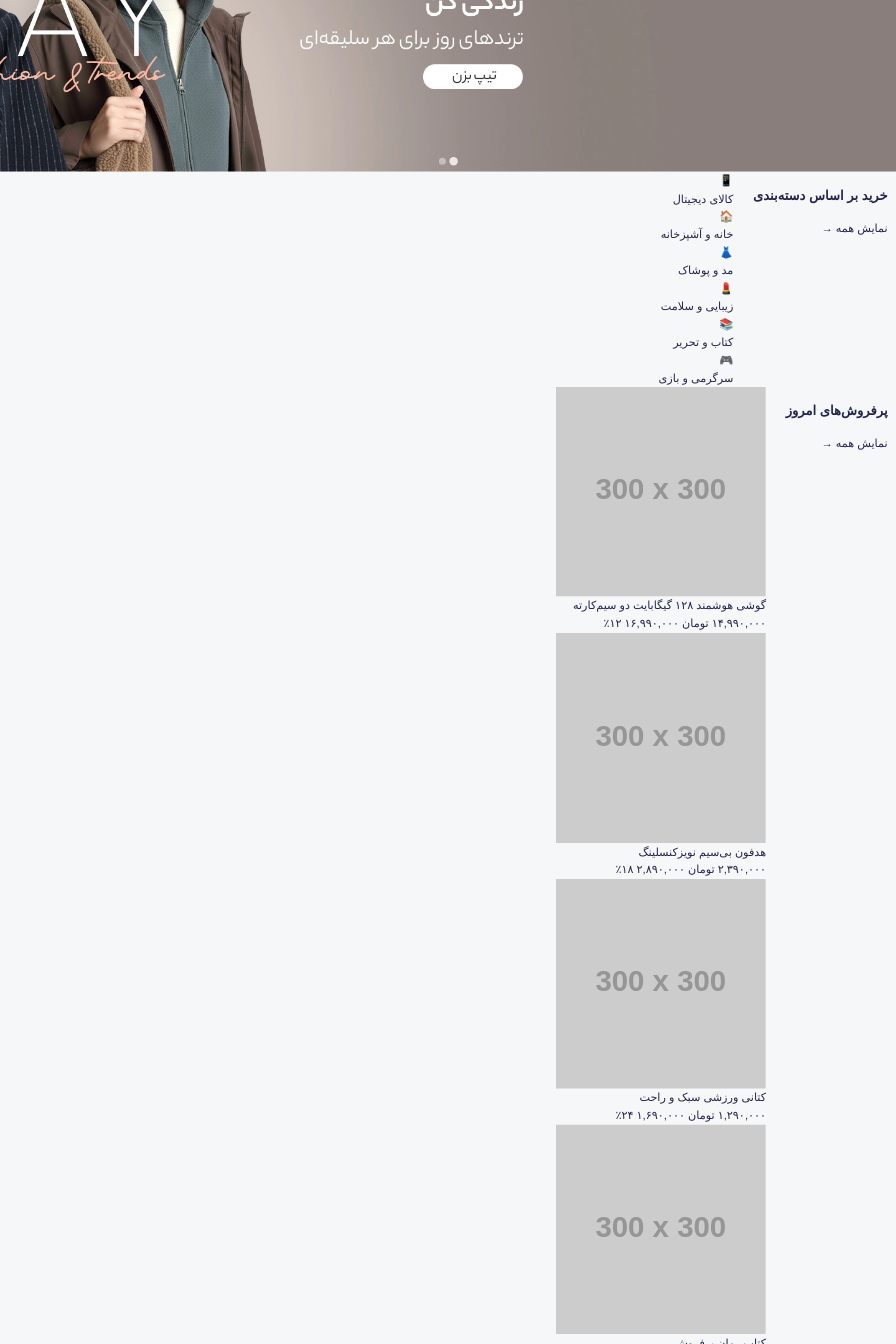
Repository: sarinaminiii-eng/digikala
Page: index.html
These files come from the project's save history. The page is drawn as it stood at one moment and after the next save; the edit follows.
The browser window is 1280 px wide. The pictures show the part of the page from y = 395 to 2315 px (the page is 4131 px tall before and 4471 px after), at 70% of full size.
Some web fonts or font styles are not loaded; a fallback is used.

Above is the page before, as saved 2025-10-13 13:50:00.

### index.html
<!DOCTYPE html>
<html lang="fa" dir="rtl">
  <head>
    <meta charset="utf-8" />
    <meta name="viewport" content="width=device-width, initial-scale=1" />
    <title>دیجی‌کالا — نمونه صفحه خانگی</title>


    <!-- Persian font (needs internet). You can swap or remove if offline -->
    <link rel="preconnect" href="https://fonts.googleapis.com" />
    <link rel="preconnect" href="https://fonts.gstatic.com" crossorigin />
    <link href="https://fonts.googleapis.com/css2?family=Vazirmatn:wght@300;400;600;700&display=swap" rel="stylesheet" />

    <!-- Link to external CSS -->
    <link rel="stylesheet" href="css/main.css" />
  </head>

  <body>

    <!-- ===== Topbar ===== -->/


<div class="topbar">
    <div class="top-left"><img src="image/863dbf4e7a39cdeeab352fc9346f81ecf23beecc_1760192069.webp" alt=""></div>۷</div>
  </div>
</div>

<!-- ===== Site Header ===== -->
<header class="site-header" role="banner">
  <div class="container header-inner">
    <!-- Logo -->
    <a class="logo" href="/" aria-label="خانه">
      <img src="image/digikala logo-e-h.png" alt="لوگو" />
    </a>

    <!-- Search -->
    <div class="search-area" role="search">
      <form class="search-form" action="#" method="get" aria-label="جستجو">
        <input id="siteSearch" name="q" type="search" placeholder="جست‌وجوی محصول، برند و دسته..." autocomplete="off" />
        <button type="submit" aria-label="جستجو">🔎</button>
      </form>
      <div id="searchHints" class="search-hints" aria-hidden="true"></div>
    </div>

    <!-- Header actions -->
    <div class="header-actions">
      <!-- city selector wrapped around login so both icon + login available -->
<div class="city-selector">
  <a href="#" class="action-btn">وارد شوید</a>
  <!-- optional small label (you can remove .city-label if you don't want text) -->
  <span class="city-label">شهر خود را انتخاب کنید</span>

  <!-- dropdown shown on hover -->
  <div class="city-dropdown" aria-hidden="true">
    <a href="#">تهران</a>
    <a href="#">مشهد</a>
    <a href="#">اصفهان</a>
    <a href="#">مشاهده همه شهرها</a>
  </div>
</div>
      <a href="#" class="action-btn">سفارش‌ها</a>
      <button class="action-btn cart-btn" aria-label="سبد خرید">
        🛒 <span class="cart-count">۰</span>
      </button>
    </div>
  </div>

  <!-- ===== Navigation (desktop) ===== -->
  <nav class="nav" role="navigation" aria-label="منوی اصلی">
    <div class="container nav-wrap">
      <ul class="nav-list">
        <li class="nav-item has-mega">
          <a class="nav-link" href="#">دسته‌بندی کالاها</a>

          <!-- MEGA MENU (must be inside the .has-mega li) -->
         <!-- MEGA MENU (inside li.has-mega) -->

<!-- REPLACE inside your li.has-mega -->
<div class="mega-menu" role="menu" aria-hidden="true">
  <div class="mega-inner">
    <div class="mega-panel">
      <!-- RIGHT SIDEBAR: category list (narrow, vertical) -->
      <nav class="mega-sidebar" aria-label="دسته‌های اصلی">
        <ul>
          <li class="ms-title">موبایل و تلویزیون</li>
          <li><a href="#">موبایل</a></li>
          <li><a href="#">لوازم جانبی موبایل</a></li>
          <li><a href="#">گوشی‌های اقتصادی</a></li>
          <li class="ms-title">کالای دیجیتال</li>
          <li><a href="#">لپ‌تاپ</a></li>
          <li><a href="#">دوربین</a></li>
          <li><a href="#">هدفون</a></li>
          <li class="ms-title">خانه و آشپزخانه</li>
          <li><a href="#">لوازم برقی</a></li>
          <li><a href="#">آشپزخانه</a></li>
          <li><a href="#">دکوراسیون</a></li>
          <!-- ... ادامه دسته‌ها مطابق نیازت ... -->
        </ul>
      </nav>

      <!-- LEFT CONTENT: wide area with multiple columns / groups -->
      <div class="mega-content" role="region" aria-label="زیردسته‌ها">
        <div class="mega-row">
          <div class="mega-column">
            <h4>گوشی بر اساس قیمت</h4>
            <a href="#">گوشی تا ۳ میلیون</a>
            <a href="#">۳ تا ۷ میلیون</a>
            <a href="#">۷ تا ۱۵ میلیون</a>
            <a href="#">۱۵ تا 30 میلیون</a>
            <a href="#">30 تا 40 میلیون</a>
            <a href="#">40 تا 50 میلیون</a>
            <a href="#">پرفروش‌ترین</a>
          </div>

          <div class="mega-column">
            <h4>لوازم جانبی</h4>
            <a href="#">شارژر و کابل</a>
            <a href="#">کیف و کاور</a>
            <a href="#">پاوربانک</a>
            <a href="#">گلس و محافظ</a>
            <a href="#">هدفون و هدست</a>
          </div>

          <div class="mega-column">
            <h4>برندها</h4>
            <a href="#">سامسونگ</a>
            <a href="#">اپل</a>
            <a href="#">شیائومی</a>
            <a href="#">هوآوی</a>
            <a href="#">نوکیا</a>
          </div>

          <div class="mega-column">
            <h4>خدمات و پیشنهادها</h4>
            <a href="#">پیشنهاد شگفت‌انگیز</a>
            <a href="#">ارسال فوری</a>
            <a href="#">گارانتی و خدمات</a>
            <a href="#">فروش ویژه</a>
            <a href="#">محصولات نو</a>
          </div>
        </div>
      </div>
    </div> <!-- /.mega-panel -->
  </div> <!-- /.mega-inner -->
</div>
<!-- /REPLACE -->

        </li>

        <li class="nav-item"><a class="nav-link" href="#">شگفت انگیزها</a></li>
        <li class="nav-item"><a class="nav-link" href="#">سوپرمارکت</a></li>
        <li class="nav-item"><a class="nav-link" href="#">طلای دیجیتال</a></li>
        <li class="nav-item"><a class="nav-link" href="#"> پرفروش ترین ها</a></li>
        <li class="nav-item"><a class="nav-link" href="#">سوالی دارید؟ </a></li>
        <li class="nav-item"><a class="nav-link" href="#">در دیجی کالا بفروشید</a></li>
      </ul>
    </div>
  </nav>
</header>
<!--SLIDER-->
<link href="https://cdn.jsdelivr.net/gh/rastikerdar/vazir-font@v30.1.0/dist/font-face.css" rel="stylesheet" type="text/css" />

<div class="slider">
  <!-- کنترل اسلایدها (کاملاً hidden) -->
  <input type="radio" name="slider-control" id="slide1" checked hidden>
  <input type="radio" name="slider-control" id="slide2" hidden>

  <!-- اسلایدها -->
  <div class="slides">
    <div class="slide slide1">
      <img src="image/eae6148a14ebdb4d0227f9906c1500ec34b0b5f3_1759739351.webp" alt="Slide 1">
      <div class="slide-text">
        <h2>پیشنهاد ویژه امروز</h2>
        <p>تخفیف 50٪ روی محصولات منتخب!</p>
      </div>
    </div>
    <div class="slide slide2">
      <img src="image/99e11cf0ee340ea1df5efb0364915317759b5a74_1754149753.gif" alt="Slide 2">
      <div class="slide-text">
        <h2>جدیدترین محصولات</h2>
        <p>تازه‌ترین کالاها با بهترین قیمت‌ها</p>
      </div>
    </div>
  </div>

  <!-- نقاط ناوبری کوچک -->
  <div class="navigation-manual">
    <label for="slide1" class="manual-btn"></label>
    <label for="slide2" class="manual-btn"></label>
  </div>
</div>

<!--AMAZING OFFERS-->



</section>


    <!-- ===== Categories ===== -->
    <section class="section">
      <div class="container">
        <div class="section-title">
          <h3>خرید بر اساس دسته‌بندی</h3>
          <a href="#">نمایش همه →</a>
        </div>
        <div class="cat-grid">
          <div class="cat-card"><div class="cat-icon">📱</div><div>کالای دیجیتال</div></div>
          <div class="cat-card"><div class="cat-icon">🏠</div><div>خانه و آشپزخانه</div></div>
          <div class="cat-card"><div class="cat-icon">👗</div><div>مد و پوشاک</div></div>
          <div class="cat-card"><div class="cat-icon">💄</div><div>زیبایی و سلامت</div></div>
          <div class="cat-card"><div class="cat-icon">📚</div><div>کتاب و تحریر</div></div>
          <div class="cat-card"><div class="cat-icon">🎮</div><div>سرگرمی و بازی</div></div>
        </div>
      </div>
    </section>

    <!-- ===== Product grid ===== -->
    <section class="section">
      <div class="container">
        <div class="section-title">
          <h3>پرفروش‌های امروز</h3>
          <a href="#">نمایش همه →</a>
        </div>
        <div class="grid">
          <!-- Card 1 -->
          <article class="card">
            <div class="thumb">
              <img src="https://via.placeholder.com/300x300?text=Product" alt="گوشی هوشمند" />
            </div>
            <div class="info">
              <div class="title">گوشی هوشمند ۱۲۸ گیگابایت دو سیم‌کارته</div>
              <div class="price">
                <span class="current">۱۴,۹۹۰,۰۰۰ تومان</span>
                <span class="off">۱۶,۹۹۰,۰۰۰</span>
                <span class="discount">۱۲٪</span>
              </div>
            </div>
          </article>

          <!-- Card 2 -->
          <article class="card">
            <div class="thumb">
              <img src="https://via.placeholder.com/300x300?text=Product" alt="هدفون بی‌سیم" />
            </div>
            <div class="info">
              <div class="title">هدفون بی‌سیم نویزکنسلینگ</div>
              <div class="price">
                <span class="current">۲,۳۹۰,۰۰۰ تومان</span>
                <span class="off">۲,۸۹۰,۰۰۰</span>
                <span class="discount">۱۸٪</span>
              </div>
            </div>
          </article>

          <!-- Card 3 -->
          <article class="card">
            <div class="thumb">
              <img src="https://via.placeholder.com/300x300?text=Product" alt="کتانی ورزشی" />
            </div>
            <div class="info">
              <div class="title">کتانی ورزشی سبک و راحت</div>
              <div class="price">
                <span class="current">۱,۲۹۰,۰۰۰ تومان</span>
                <span class="off">۱,۶۹۰,۰۰۰</span>
                <span class="discount">۲۴٪</span>
              </div>
            </div>
          </article>

          <!-- Card 4 -->
          <article class="card">
            <div class="thumb">
              <img src="https://via.placeholder.com/300x300?text=Product" alt="کتاب" />
            </div>
            <div class="info">
              <div class="title">کتاب رمان پرفروش</div>
              <div class="price">
                <span class="current">۲۴۹,۰۰۰ تومان</span>
                <span class="off">۳۲۰,۰۰۰</span>
                <span class="discount">۲۲٪</span>
              </div>
            </div>
          </article>

          <!-- Card 5 -->
          <article class="card">
            <div class="thumb">
              <img src="https://via.placeholder.com/300x300?text=Product" alt="مخلوط‌کن" />
            </div>
            <div class="info">
              <div class="title">مخلوط‌کن حرفه‌ای ۱۰۰۰ وات</div>
              <div class="price">
                <span class="current">۱,۸۹۰,۰۰۰ تومان</span>
                <span class="off">۲,۳۹۰,۰۰۰</span>
                <span class="discount">۲۱٪</span>
              </div>
            </div>
          </article>
        </div>
      </div>
    </section>

  <!--might delete after-->
   <section class="categories">
  <h2>دسته‌بندی‌های پیشنهادی</h2>
  <div class="categories-grid">
    <div class="category-card">
      <img src="https://cdn-icons-png.flaticon.com/512/3081/3081559.png" alt="کالای دیجیتال" />
      <span>کالای دیجیتال</span>
    </div>
    <div class="category-card">
      <img src="https://cdn-icons-png.flaticon.com/512/892/892458.png" alt="مد و پوشاک" />
      <span>مد و پوشاک</span>
    </div>
    <div class="category-card">
      <img src="https://cdn-icons-png.flaticon.com/512/2922/2922561.png" alt="زیبایی و سلامت" />
      <span>زیبایی و سلامت</span>
    </div>
    <div class="category-card">
      <img src="https://cdn-icons-png.flaticon.com/512/3643/3643910.png" alt="خانه و آشپزخانه" />
      <span>خانه و آشپزخانه</span>
    </div>
    <div class="category-card">
      <img src="https://cdn-icons-png.flaticon.com/512/3076/3076400.png" alt="ورزش و سفر" />
      <span>ورزش و سفر</span>
    </div>
    <div class="category-card">
      <img src="https://cdn-icons-png.flaticon.com/512/29/29302.png" alt="کتاب و لوازم تحریر" />
      <span>کتاب و لوازم تحریر</span>
    </div>
  </div>
</section>

<!--PRODUCTS-->

<section class="products">
  <div class="section-header">
    <h2>محصولات پیشنهادی</h2>
    <a href="#" class="see-all">مشاهده همه →</a>
  </div>
  <div class="products-grid">
    <div class="product-card">
      <img src="image/214714a4c7baea4b502d7efd9e71d8c596fca539_1758443046.webp" alt="Product 1">
      <h3>گوشی موبایل</h3>
      <p>قیمت: 12,000,000 تومان</p>
    </div>

    <div class="product-card">
      <img src="image/aaa06a48637133fa0a3f7be576f1a77502729d6a_1754241452.webp" alt="Product 2">
      <h3>لپ‌تاپ</h3>
      <p>قیمت: 25,000,000 تومان</p>
    </div>

    <div class="product-card">
      <img src="image/234d4e363b91255ab37167e24ca6fbafa7a87a0f_1757800747.webp" alt="Product 3">
      <h3>ساعت هوشمند</h3>
      <p>قیمت: 3,500,000 تومان</p>
    </div>

    <div class="product-card">
      <img src="image/b133134cfa1f1a01c046c0b1089a1a9d0d73f612_1728807674.webp" alt="Product 4">
      <h3>هدفون بلوتوث</h3>
      <p>قیمت: 1,200,000 تومان</p>
    </div>

    <div class="product-card">
      <img src="image/119490018.webp" alt="Product 5">
      <h3>کتاب</h3>
      <p>قیمت: 250,000 تومان</p>
    </div>

    <div class="product-card">
      <img src="image/ab342aa8b7e655c9cb84d357534d3debe09e2834_1739890118.webp" alt="Product 6">
      <h3>کیف زنانه</h3>
      <p>قیمت: 850,000 تومان</p>
    </div>

    <div class="product-card">
      <img src="image/0fe78cca5a8a215efed395318c0332c01818644e_1719853592.webp" alt="Product 7">
      <h3>کفش ورزشی</h3>
      <p>قیمت: 1,500,000 تومان</p>
    </div>

    <div class="product-card">
      <img src="image/36ae27130a19d0c6836d284d0f92d06653758e68_1619368860.webp" alt="Product 8">
      <h3>اسباب‌بازی</h3>
      <p>قیمت: 300,000 تومان</p>
    </div>

    <div class="product-card">
      <img src="image/a081d6d968544e9649a39cf4cb691d8baaa38d80_1754238821.webp" alt="Product 9">
      <h3>ساعت مچی</h3>
      <p>قیمت: 10,500,000 تومان</p>
    </div>

    <div class="product-card">
      <img src="image/430e886e05b9479b9e6e4898d5c0c212da15f058_1741959880.webp" alt="Product 10">
      <h3> عطر جیبی زنانه لانکوم</h3>
      <p>قیمت: 8,500,000 تومان</p>
    </div>
  </div>
</section>


    <!-- ===== Footer ===== -->
   <!-- ====== Footer حرفه‌ای شبیه دیجی‌کالا ====== -->
<link href="https://cdn.jsdelivr.net/gh/rastikerdar/vazir-font@v30.1.0/dist/font-face.css" rel="stylesheet" type="text/css" />

<footer class="dk-footer" role="contentinfo">
  <div class="dk-footer-top">
    <div class="container">

      <div class="col col-about">
        <a class="logo" href="#" aria-label="Digikala"><img src="image/digikala logo-e-h.png" alt="لوگو" /></a>
        <p class="about-text">فروشگاهی برای خرید امن، سریع و مطمئن با بیش از هزاران کالای متنوع.</p>

        <div class="social-inline" aria-hidden="false">
          <a href="#" class="s" aria-label="Instagram"><img src="image/download.jpeg" alt="اینستاگرام" /></a>
          <a href="#" class="s" aria-label="Telegram"><img src="image/download (1).jpeg" alt="تلگرام" /></a>
          <a href="#" class="s" aria-label="Twitter"><img src="image/download (1).png" alt="توییتر" /></a>
        </div>
      </div>

      <div class="col">
        <h4>خدمات مشتریان</h4>
        <ul>
          <li><a href="#">پشتیبانی</a></li>
          <li><a href="#">پیگیری سفارش</a></li>
          <li><a href="#">راهنمای خرید</a></li>
          <li><a href="#">مرجوعی کالا</a></li>
        </ul>
      </div>

      <div class="col">
        <h4>درباره ما</h4>
        <ul>
          <li><a href="#">درباره دیجی‌کالا</a></li>
          <li><a href="#">فرصت‌های شغلی</a></li>
          <li><a href="#">همکاری با ما</a></li>
          <li><a href="#">قوانین و حریم خصوصی</a></li>
        </ul>
      </div>

      <div class="col">
        <h4>اپلیکیشن دیجی‌کالا</h4>
        <p class="small">دانلود اپلیکیشن برای تجربه بهتر و پیشنهادهای اختصاصی</p>
        <div class="app-badges">
          <a href="#"><img src="image/sib-app.svg"alt="دانلود از مایکت"></a>
          <a href="#"><img src="image/myket.svg"alt=" دانلود از سیب اپ"></a>
        </div>
      </div>

      <div class="col col-trust">
        <h4>روش‌های پرداخت و نمادها</h4>
        <div class="payments">
          <!-- آیکون‌های پرداخت و نمادها -->
          <img src="image/sapra.webp" alt="درگاه بانکی" />
          <img src="image/rezi.webp" alt="سامانه" />
          <img src="image/kasbokar.webp" alt="نماد اعتماد" />
        </div>
        <p class="contact">تلفن پشتیبانی: <a href="tel:+982100000000">۰۲۱-۰۰۰۰۰۰۰۰</a></p>
      </div>



 <div class="app-banner">
  <div class="container banner-inner">
    <!-- آیکون‌های اپلیکیشن سمت چپ -->
    <div class="app-icons">
      <a href="#"><img src="image/myket.svg" alt="مایکت"></a>
      <a href="#"><img src="image/sib-app.svg" alt="سیب اپ"></a>
    </div>

    <!-- متن سمت راست -->
    <div class="app-text">
      دانلود اپلیکیشن دیجی‌کالا
    </div>
  </div>
</div>


  </body>
</html>

Loaded but not shown: css/main.css (1172 lines, source omitted)

After the next save:
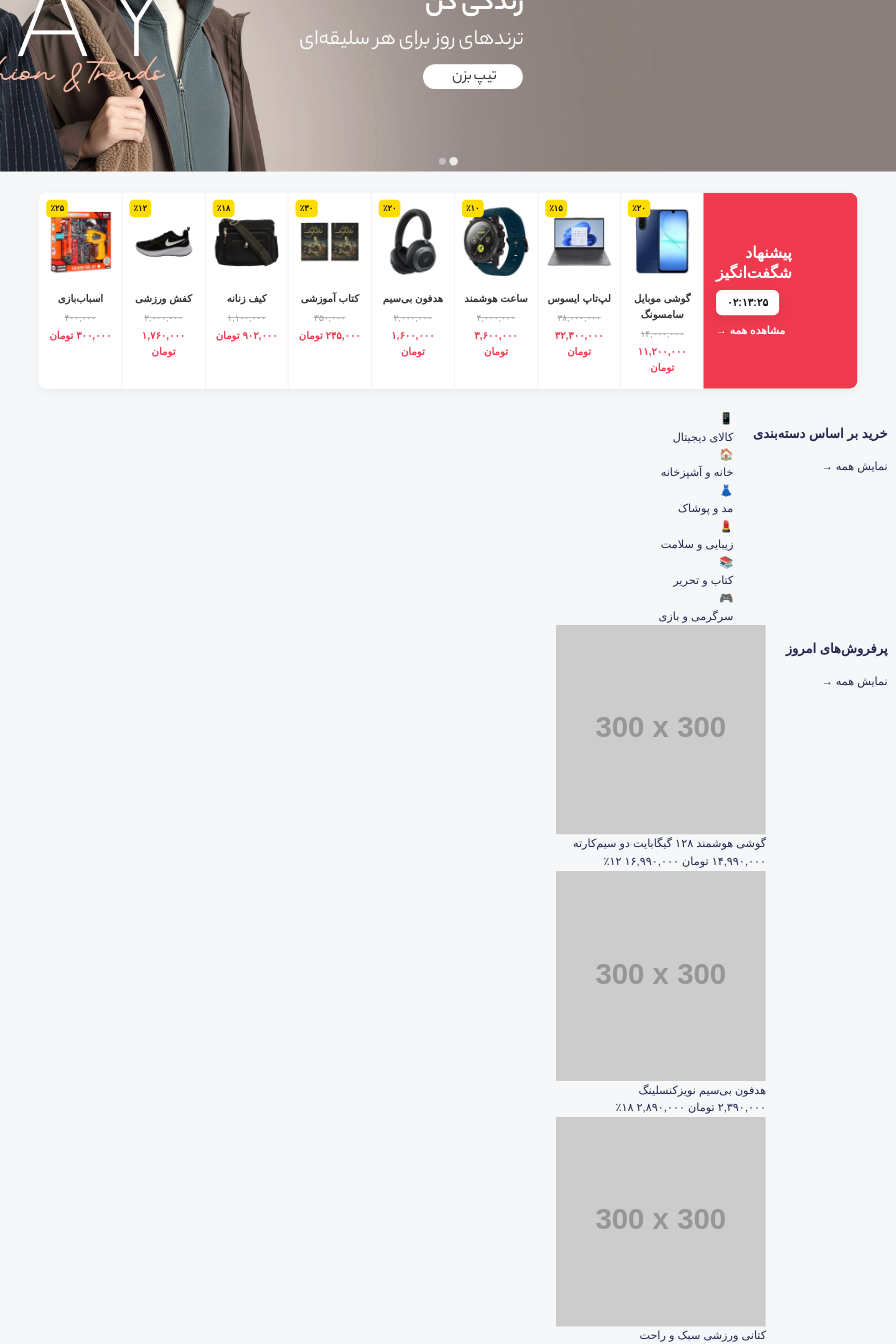
Saved 23 s later.
--- a/index.html
+++ b/index.html
@@ -191,6 +191,102 @@
 </div>
 
 <!--AMAZING OFFERS-->
+<!-- پیشنهاد شگفت‌انگیز افقی -->
+<section class="amazing-horizontal">
+  <div class="amazing-inner">
+
+    <!-- باکس قرمز سمت راست -->
+    <div class="amazing-sidebar">
+      <h2>پیشنهاد<br>شگفت‌انگیز</h2>
+      <div class="timer">۰۲:۱۳:۲۵</div>
+      <a href="#" class="see-all">مشاهده همه →</a>
+    </div>
+
+    <!-- محصولات سمت چپ -->
+    <div class="amazing-products">
+      <div class="amazing-card">
+        <img src="image/214714a4c7baea4b502d7efd9e71d8c596fca539_1758443046.webp" alt="گوشی موبایل">
+        <h3>گوشی موبایل سامسونگ</h3>
+        <div class="price">
+          <span class="old">۱۴,۰۰۰,۰۰۰</span>
+          <span class="new">۱۱,۲۰۰,۰۰۰ تومان</span>
+          <span class="off">٪۲۰</span>
+        </div>
+      </div>
+
+      <div class="amazing-card">
+        <img src="image/aaa06a48637133fa0a3f7be576f1a77502729d6a_1754241452.webp" alt="لپ‌تاپ">
+        <h3>لپ‌تاپ ایسوس</h3>
+        <div class="price">
+          <span class="old">۳۸,۰۰۰,۰۰۰</span>
+          <span class="new">۳۲,۳۰۰,۰۰۰ تومان</span>
+          <span class="off">٪۱۵</span>
+        </div>
+      </div>
+
+      <div class="amazing-card">
+        <img src="image/234d4e363b91255ab37167e24ca6fbafa7a87a0f_1757800747.webp" alt="ساعت هوشمند">
+        <h3>ساعت هوشمند</h3>
+        <div class="price">
+          <span class="old">۴,۰۰۰,۰۰۰</span>
+          <span class="new">۳,۶۰۰,۰۰۰ تومان</span>
+          <span class="off">٪۱۰</span>
+        </div>
+      </div>
+
+      <div class="amazing-card">
+        <img src="image/b133134cfa1f1a01c046c0b1089a1a9d0d73f612_1728807674.webp" alt="هدفون">
+        <h3>هدفون بی‌سیم</h3>
+        <div class="price">
+          <span class="old">۲,۰۰۰,۰۰۰</span>
+          <span class="new">۱,۶۰۰,۰۰۰ تومان</span>
+          <span class="off">٪۲۰</span>
+        </div>
+      </div>
+
+      <div class="amazing-card">
+        <img src="image/119490018.webp" alt="کتاب">
+        <h3>کتاب آموزشی</h3>
+        <div class="price">
+          <span class="old">۳۵۰,۰۰۰</span>
+          <span class="new">۲۴۵,۰۰۰ تومان</span>
+          <span class="off">٪۳۰</span>
+        </div>
+      </div>
+
+      <div class="amazing-card">
+        <img src="image/ab342aa8b7e655c9cb84d357534d3debe09e2834_1739890118.webp" alt="کیف زنانه">
+        <h3>کیف زنانه</h3>
+        <div class="price">
+          <span class="old">۱,۱۰۰,۰۰۰</span>
+          <span class="new">۹۰۲,۰۰۰ تومان</span>
+          <span class="off">٪۱۸</span>
+        </div>
+      </div>
+
+      <div class="amazing-card">
+        <img src="image/0fe78cca5a8a215efed395318c0332c01818644e_1719853592.webp" alt="کفش">
+        <h3>کفش ورزشی</h3>
+        <div class="price">
+          <span class="old">۲,۰۰۰,۰۰۰</span>
+          <span class="new">۱,۷۶۰,۰۰۰ تومان</span>
+          <span class="off">٪۱۲</span>
+        </div>
+      </div>
+
+      <div class="amazing-card">
+        <img src="image/36ae27130a19d0c6836d284d0f92d06653758e68_1619368860.webp" alt="اسباب‌بازی">
+        <h3>اسباب‌بازی</h3>
+        <div class="price">
+          <span class="old">۴۰۰,۰۰۰</span>
+          <span class="new">۳۰۰,۰۰۰ تومان</span>
+          <span class="off">٪۲۵</span>
+        </div>
+      </div>
+    </div>
+
+  </div>
+</section>
 
 
 
